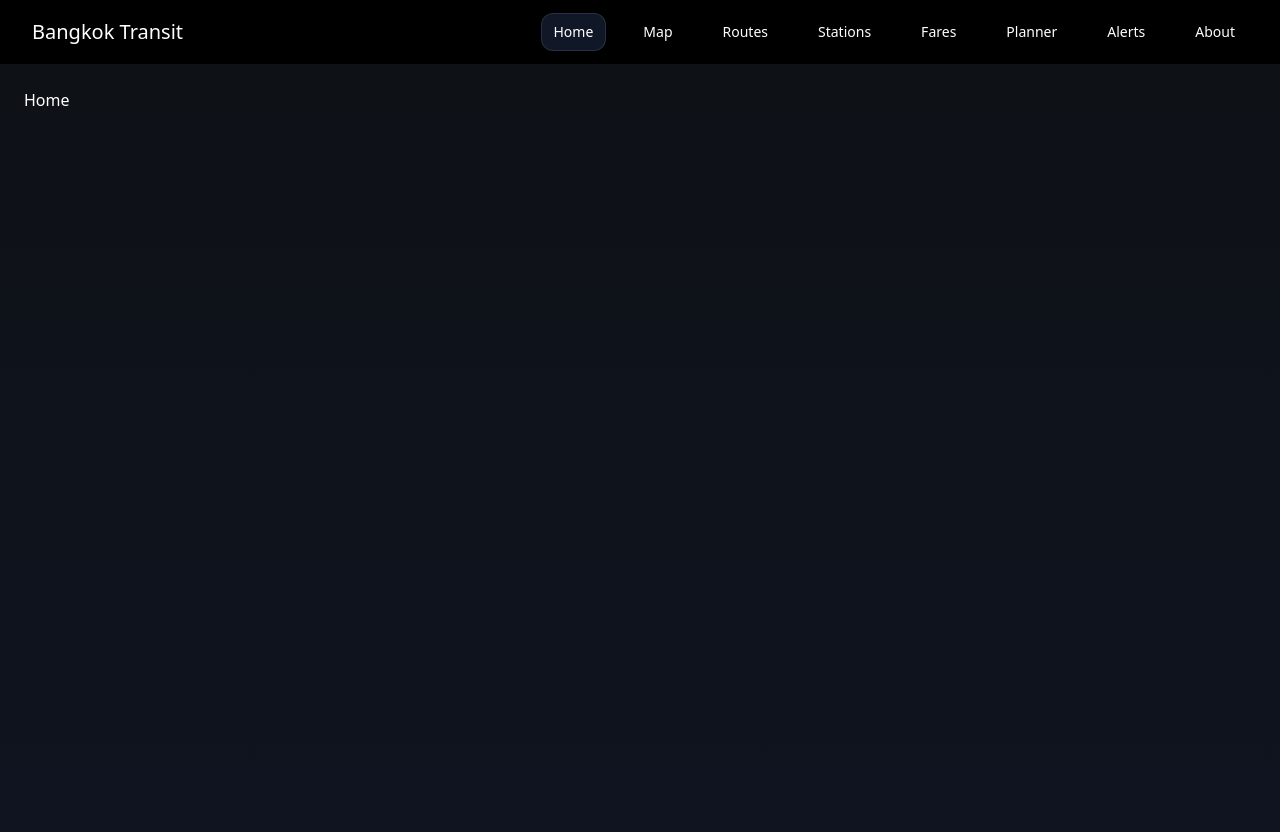
Repository: pyaestk/Bangkok-transit-map
Page: /
An editor plug-in stored every save of this project. The page is shown before and after the next save, followed by the edit.
The browser window is 1280 px wide. The pictures show the whole page.
The project was rebuilt for these pictures with package versions that can differ from the ones it lists, and the page was loaded fresh each time. Also part of the build but not shown: vite.config.ts, src/pages/Map.tsx, src/pages/Planner.tsx, src/pages/Stations.tsx, src/pages/TrainRoutes.tsx, src/pages/Fares.tsx, src/pages/Alerts.tsx, src/pages/About.tsx.

Above is the page before, as saved 2025-10-04 09:28:56.

### index.html
<!doctype html>
<html lang="en">
  <head>
    <meta charset="UTF-8" />
    <link rel="icon" type="image/svg+xml" href="/vite.svg" />
    <meta name="viewport" content="width=device-width, initial-scale=1.0" />
    <title>bangkok-transit-map</title>
  </head>
  <body>
    <div id="root"></div>
    <script type="module" src="/src/main.tsx"></script>
  </body>
</html>

### src/main.tsx
import { StrictMode } from 'react'
import { createRoot } from 'react-dom/client'
import './index.css'
import App from './App.tsx'
import { BrowserRouter as Router } from 'react-router'

createRoot(document.getElementById('root')!).render(
  <StrictMode>
    <Router>
      <App />
    </Router>
  </StrictMode>,
)

### src/App.tsx
import "./App.css";
import NavBar from "./component/NavBar";
import { Routes, Route } from "react-router-dom";
import Home from "./pages/Home";
import Map from "./pages/Map";
import Planner from "./pages/Planner";
import Stations from "./pages/Stations";
import TrainRoutes from "./pages/TrainRoutes";
import Fares from "./pages/Fares";
import Alerts from "./pages/Alerts";
import About from "./pages/About";


function App() {
  return (
    <div className="min-h-screen flex flex-col">
      {/* Navbar at the top */}
      <NavBar />

      {/* Main content area */}
      <main className="flex-1 p-6 bg-[linear-gradient(180deg,rgba(14,17,22,1)_0%,rgba(15,20,32,1)_100%)]">
        <Routes>
          <Route
            path="/"
            element={ <Home/> }
          />
          <Route
            path="/map"
            element={ <Map/> }
          />
          <Route
            path="/planner"
            element={ <Planner/>}
          />
          <Route
            path="/routes"
            element={<TrainRoutes/>}
          />
          <Route
            path="/stations"
            element={<Stations/>}
          />

          <Route
            path="/fares"
            element={<Fares/>}
          />
          <Route
            path="/alerts"
            element={<Alerts/>}
          />
          <Route
            path="/about"
            element={<About/>}
          />
        </Routes>
      </main>
    </div>
  );
}

export default App;

### src/App.css
@import "tailwindcss";

:root{
    background-color: black;
}

### src/component/NavBar.tsx
import { NavLink } from "react-router-dom";
import { useState } from "react";

function NavBar() {
  const [open, setOpen] = useState(false);

  const baseClasses =
    "px-3 py-2 rounded-xl text-sm border border-transparent block";
  const inactiveClasses = "text-white transition-colors";
  const activeClasses = "bg-gray-900 text-white border border-white/10";

  const links = [
    { to: "/", label: "Home" },
    { to: "/map", label: "Map" },
    { to: "/routes", label: "Routes" },
    { to: "/stations", label: "Stations" },
    { to: "/fares", label: "Fares" },
    { to: "/planner", label: "Planner" },
    { to: "/alerts", label: "Alerts" },
    { to: "/about", label: "About" },
  ];

  return (
    <nav className="dark:bg-black shadow-md">
      <div className="max-w-7xl mx-auto px-4 sm:px-6 lg:px-8">
        <div className="flex items-center justify-between h-16">
          {/* Left side (Logo / Brand) */}
          <div className="flex-shrink-0 text-white text-xl">
            Bangkok Transit
          </div>

          {/* Desktop links */}
          <div className="hidden md:flex space-x-6">
            {links.map((l) => (
              <NavLink
                key={l.to}
                to={l.to}
                className={({ isActive }) =>
                  `${baseClasses} ${isActive ? activeClasses : inactiveClasses}`
                }
              >
                {l.label}
              </NavLink>
            ))}
          </div>

          {/* Mobile hamburger button */}
          <div className="md:hidden">
            <button
              aria-label="Toggle menu"
              onClick={() => setOpen((s) => !s)}
              className="inline-flex items-center justify-center p-2 rounded-md text-white hover:bg-white/5 focus:outline-none focus:ring-2 focus:ring-white"
            >
              <span className="sr-only">Open main menu</span>
              {/* Hamburger / X icon */}
              <svg
                className={`h-6 w-6 ${open ? "hidden" : "block"}`}
                xmlns="http://www.w3.org/2000/svg"
                fill="none"
                viewBox="0 0 24 24"
                strokeWidth={2}
                stroke="currentColor"
                aria-hidden="true"
              >
                <path
                  strokeLinecap="round"
                  strokeLinejoin="round"
                  d="M3 6h18M3 12h18M3 18h18"
                />
              </svg>
              <svg
                className={`h-6 w-6 ${open ? "block" : "hidden"}`}
                xmlns="http://www.w3.org/2000/svg"
                fill="none"
                viewBox="0 0 24 24"
                strokeWidth={2}
                stroke="currentColor"
                aria-hidden="true"
              >
                <path
                  strokeLinecap="round"
                  strokeLinejoin="round"
                  d="M6 18L18 6M6 6l12 12"
                />
              </svg>
            </button>
          </div>
        </div>
      </div>

      {/* Mobile menu, shown when open is true */}
      <div className={`md:hidden ${open ? "block" : "hidden"} bg-black/90`}>
        <div className="px-2 pt-2 pb-3 space-y-1">
          {links.map((l) => (
            <NavLink
              key={l.to}
              to={l.to}
              onClick={() => setOpen(false)}
              className={({ isActive }) =>
                `${baseClasses} ${isActive ? activeClasses : inactiveClasses}`
              }
            >
              {l.label}
            </NavLink>
          ))}
        </div>
      </div>
    </nav>
  );
}

export default NavBar;

### src/pages/Home.tsx
export default function Home() {
  return (
    <div className="min-h-screen">
      <h1 className="text-white">Home</h1>
    </div>
  )
}

Loaded but not shown: src/index.css (common file)

After the next save:
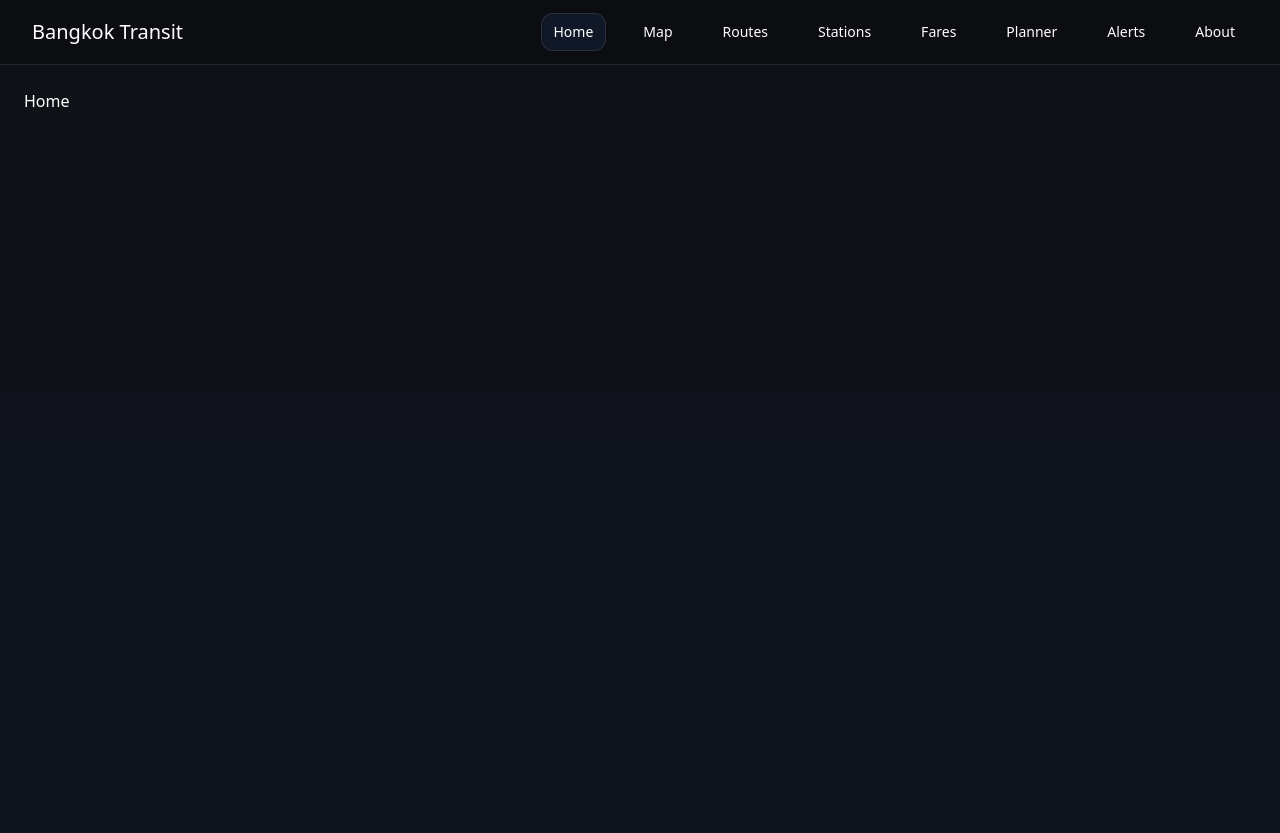
Saved 61 s later.
--- a/src/component/NavBar.tsx
+++ b/src/component/NavBar.tsx
@@ -21,7 +21,7 @@
   ];
 
   return (
-    <nav className="dark:bg-black shadow-md">
+    <nav className="bg-[#0e1116cc] border-b border-[#232838] backdrop-blur-[5px] backdrop-brightness-[100%] [-webkit-backdrop-filter:blur(5px)_brightness(100%)]">
       <div className="max-w-7xl mx-auto px-4 sm:px-6 lg:px-8">
         <div className="flex items-center justify-between h-16">
           {/* Left side (Logo / Brand) */}

After the save that followed:
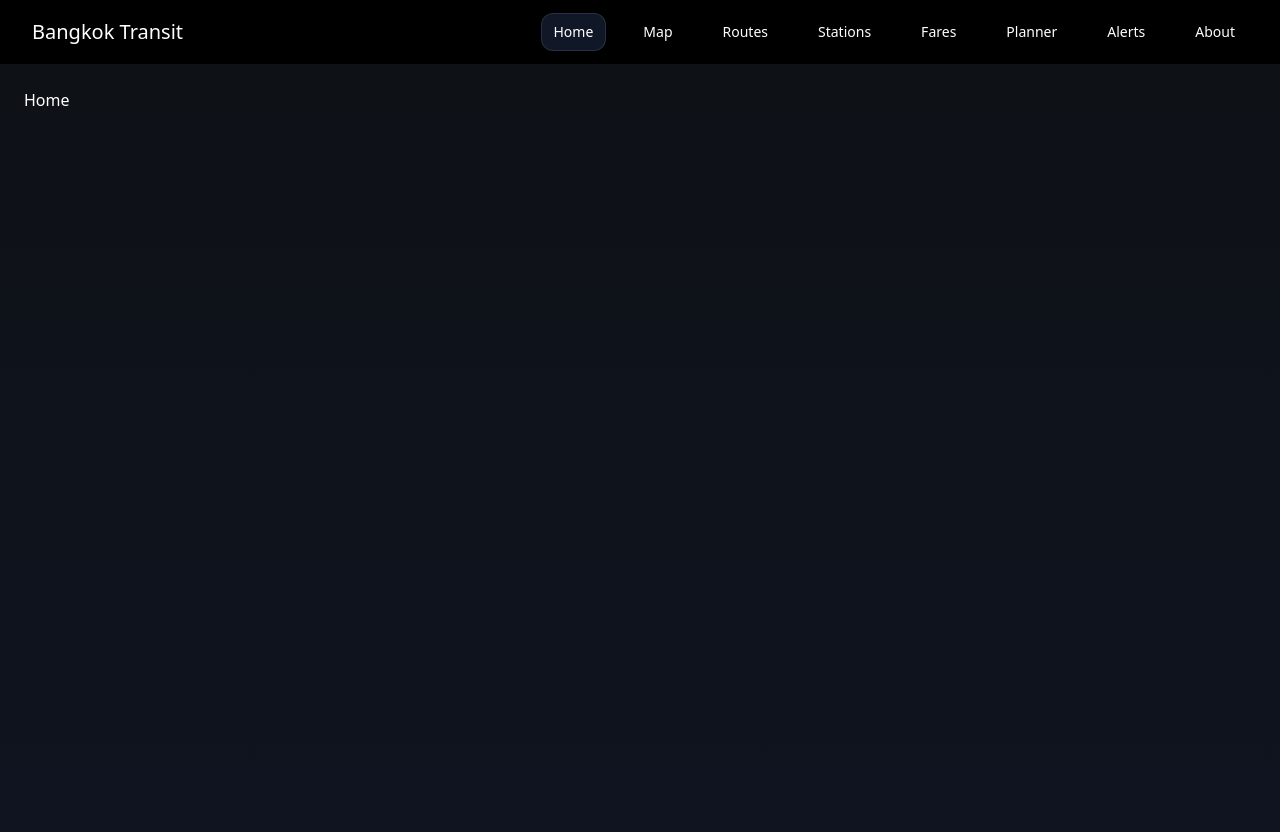
Saved 106 s later.
--- a/src/component/NavBar.tsx
+++ b/src/component/NavBar.tsx
@@ -21,7 +21,7 @@
   ];
 
   return (
-    <nav className="bg-[#0e1116cc] border-b border-[#232838] backdrop-blur-[5px] backdrop-brightness-[100%] [-webkit-backdrop-filter:blur(5px)_brightness(100%)]">
+    <nav className="dark:bg-black shadow-md">
       <div className="max-w-7xl mx-auto px-4 sm:px-6 lg:px-8">
         <div className="flex items-center justify-between h-16">
           {/* Left side (Logo / Brand) */}
